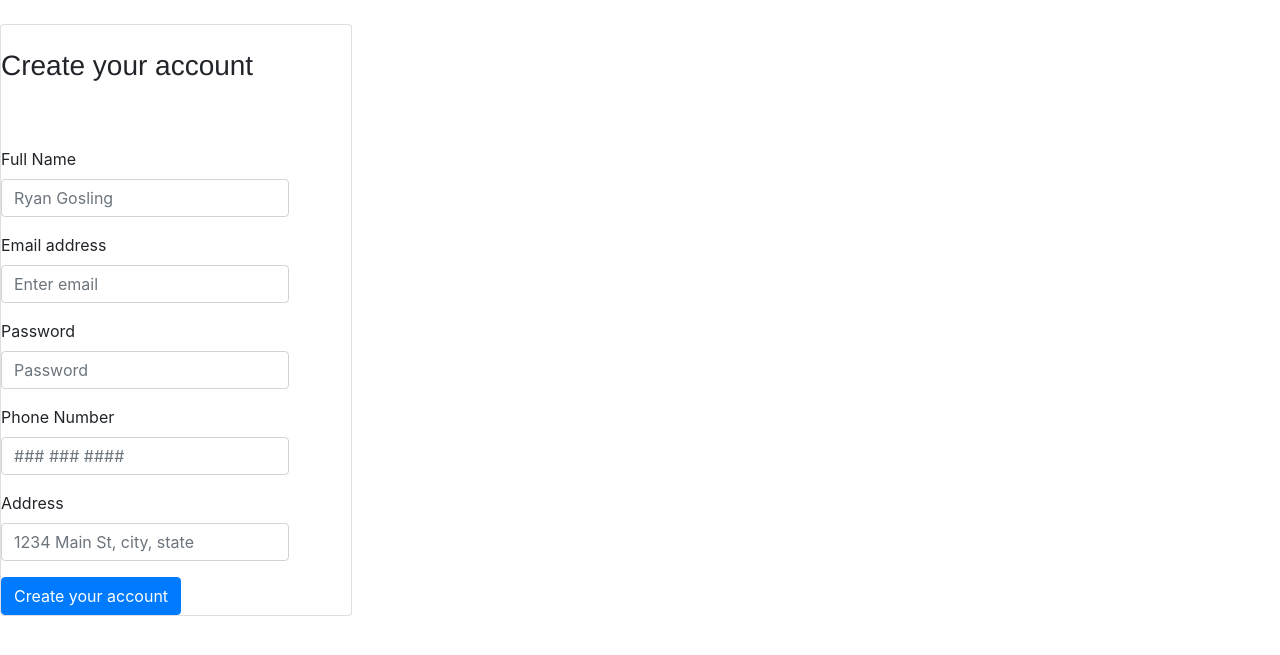
Repository: kavyashree088/AAKKS
Page: /Signup (app in Frontend/)
An editor plug-in stored every save of this project. The page is shown before and after the next save, followed by the edit.
The browser window is 1280 px wide. The pictures show the whole page.
Some web libraries are served in a nearby version. The project was rebuilt for these pictures with package versions that can differ from the ones it lists, and the page was loaded fresh each time. Also part of the build but not shown: Frontend/src/CSS/navbar.css, Frontend/src/Components/Home.js, Frontend/src/CSS/LandingPage.css, Frontend/src/Components/LandingPage/LandingPage.js.

Above is the page before, as saved 2019-11-16 13:38:09.

### Frontend/src/App.js
import React from 'react';
import { Component } from "react";
import { BrowserRouter as Router, Switch, Route } from "react-router-dom";
import Home from "./Components/Home"
import Signup from "./Components/LandingPage/Signup"

import LandingPage from './Components/LandingPage/LandingPage'

class App extends Component {
  render() {
    return (
      <Router>
        <Switch>
          <Route exact path="/" component={LandingPage}></Route>
          <Route exact path="/home" component={Home}></Route>
          <Route exact path="/Signup" component={Signup}></Route>


        </Switch>
      </Router>

    );
  }
}

export default App;

### Frontend/src/Components/LandingPage/Signup.js

import React, { Component } from 'react'
import axios from 'axios';
import { Redirect } from 'react-router'
import rooturl from './../../Config/settings.js'

import Form from 'react-bootstrap/Form'
import Button from 'react-bootstrap/Button'
import Card from 'react-bootstrap/Card'


class Signup extends Component {

    constructor(props) {
        super(props)
        this.state = {
            buyerName: "",
            buyerEmailId: "",
            buyerPassword: "",
            buyerPhone: "",
            buyerAddress: "",
            finishedSignUp: false,
            message: ""
        }

        this.buyerNameChangeHandler = this.buyerNameChangeHandler.bind(this)
        this.emailIdChangeHandler = this.emailIdChangeHandler.bind(this)
        this.passwordChangeHandler = this.passwordChangeHandler.bind(this)
        this.phoneNumberChangeHandler = this.phoneNumberChangeHandler.bind(this)
        this.submitBuyerSignUp = this.submitBuyerSignUp.bind(this)
        this.addressChangeHandler = this.addressChangeHandler.bind(this)
    }
    buyerNameChangeHandler = (e) => {
        this.setState({
            buyerName: e.target.value
        })
    }
    emailIdChangeHandler = (e) => {
        this.setState({
            buyerEmailId: e.target.value
        })
    }
    passwordChangeHandler = (e) => {
        this.setState({
            buyerPassword: e.target.value
        })
    }

    phoneNumberChangeHandler = (e) => {
        this.setState({
            buyerPhone: e.target.value
        })
    }

    addressChangeHandler = (e) => {
        this.setState({
            buyerAddress: e.target.value
        })
    }

    submitBuyerSignUp = (e) => {
        //console.log("in submit ")
        e.preventDefault();
        console.log(this.state.message)
        const data = {
            buyerName: this.state.buyerName,
            buyerEmailId: this.state.buyerEmailId,
            buyerPassword: this.state.buyerPassword,
            buyerPhone: this.state.buyerPhone.substring(1, 4),
            buyerAddress: this.state.buyerAddress,
        }

        console.log("data is..")
        console.log(data);

        this.setState({
            message: "Buyer already exists"
        })

        axios.defaults.withCredentials = true;
        axios.post('http://' + rooturl + ':3001/signup', data)
            .then(response => {
                console.log("frontend")
                //console.log("Status Code : ", response.status);
                console.log("Response from Sign Up " + response);
                console.log(response);
                //console.log(response.message)
                if (response.data.responseMessage === "Successfully Added!") {
                    this.setState({
                        finishedSignUp: true,
                        message: "Buyer signed up successfully"
                    })
                } else {
                    this.setState({
                        finishedSignUp: false,
                        message: "Buyer already exists"
                    })
                }
            });
    }

    render() {
        var nextpage = null
        if (this.state.finishedSignUp === true) {
            nextpage = <Redirect to="/BuyerSignIn" />
        }
        return (
            <div>
                {nextpage}


                    <br></br>
                    <Card style={{ width: '22rem' }} >
                        <br></br>
                        <h3 className = "font">Create your account</h3>
                        <br></br>
                        <center>
                            <Form style={{ width: '18rem' }}>
                                <Form.Group controlId="formGridName" >
                                    <Form.Label>Full Name</Form.Label>
                                    <Form.Control placeholder="Ryan Gosling" required type="text" name="buyerName" onChange={this.buyerNameChangeHandler} />
                                </Form.Group>
                                <Form.Group controlId="formBasicEmail">
                                    <Form.Label>Email address</Form.Label>
                                    <Form.Control required type="email" placeholder="Enter email" name="buyerEmailId" onChange={this.emailIdChangeHandler} />
                                </Form.Group>

                                <Form.Group controlId="formBasicPassword">
                                    <Form.Label>Password</Form.Label>
                                    <Form.Control type="password" required placeholder="Password" required name="buyerPassword" onChange={this.passwordChangeHandler} />
                                </Form.Group>
                                <Form.Group controlId="formGridPhoneNumber">
                                    <Form.Label>Phone Number</Form.Label>
                                    <Form.Control required placeholder="### ### ####" input type="text" name="buyerPhone" maxLength="15" onChange={this.phoneNumberChangeHandler} />
                                </Form.Group>
                                <Form.Group controlId="formGridAddress1">
                                    <Form.Label>Address</Form.Label>
                                    <Form.Control placeholder="1234 Main St, city, state" required input type="text" name="address" onChange={this.addressChangeHandler} />
                                </Form.Group>
                                <Button variant="primary" type="submit" onClick={this.submitBuyerSignUp}>
                                    Create your account
                    </Button>

                            </Form>
                            <br></br>
                        </center>
                    </Card>

            </div>
        )
    }
}

export default Signup

### Frontend/src/Config/settings.js
const rooturl = "localhost";

export default rooturl;

### Frontend/src/CSS/Signup.css
*{
    float: left;

}
.input {
    padding: 20px;
    float: center;
    clear: both;
  }
.password{
    color : #BFC9CA ;
    font-size: 14px;
}
.signup{
    margin-top: 80px;
    padding: 60px;
    float: center;
    clear: both;
}
.font{
    font-family: "Helvetica Neue",Helvetica,Arial,sans-serif;
    margin-bottom: 40px
}
.button{
        border-radius: 100px;
        box-shadow: none;
        cursor: pointer;
        font-size: 14px;
        font-weight: bold;
        line-height: 20px;
        padding: 6px 16px;
        position: relative;
        text-align: center;
        white-space: nowrap;
        background-color: #fff;
        border: 1px solid #1da1f2;
        color: #1da1f2;
}
.fontColor{
    color: #1da1f2;
}

Loaded but not shown: Frontend/public/index.html (common file); Frontend/src/index.js (common file); Frontend/src/index.css (common file); Frontend/src/serviceWorker.js (common file)

After the next save:
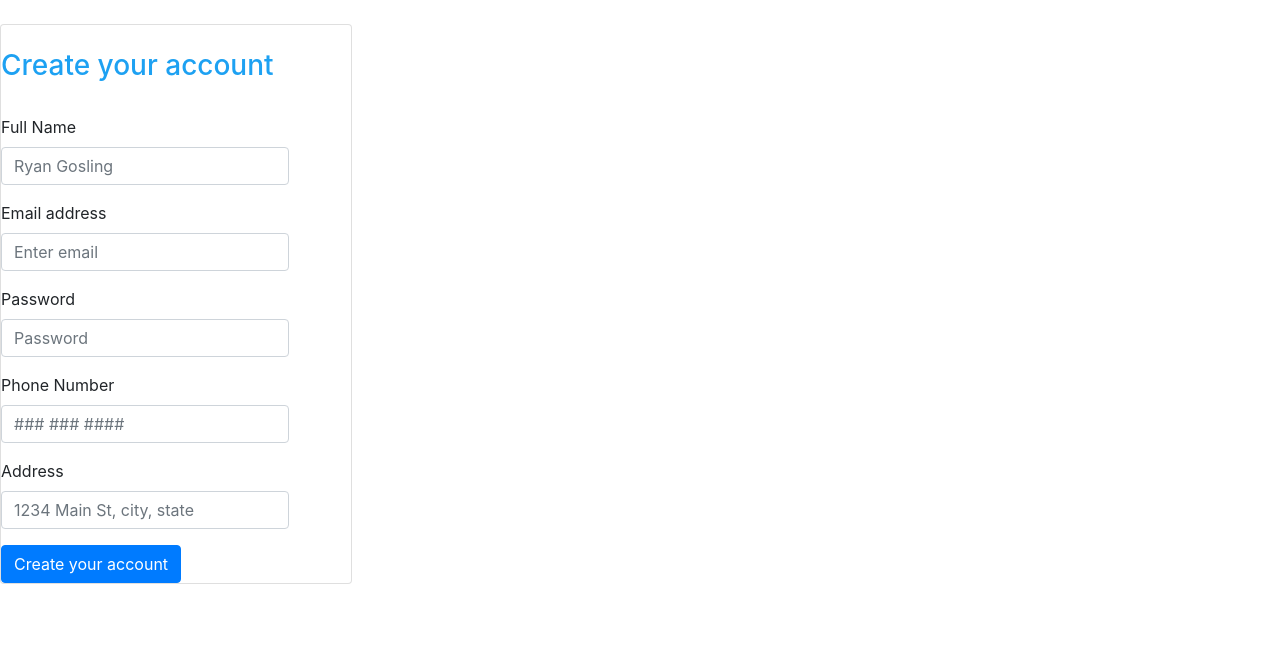
Saved 10 s later.
--- a/Frontend/src/Components/LandingPage/Signup.js
+++ b/Frontend/src/Components/LandingPage/Signup.js
@@ -112,7 +112,7 @@
                     <br></br>
                     <Card style={{ width: '22rem' }} >
                         <br></br>
-                        <h3 className = "font">Create your account</h3>
+                        <h3 className = "fontColor">Create your account</h3>
                         <br></br>
                         <center>
                             <Form style={{ width: '18rem' }}>
